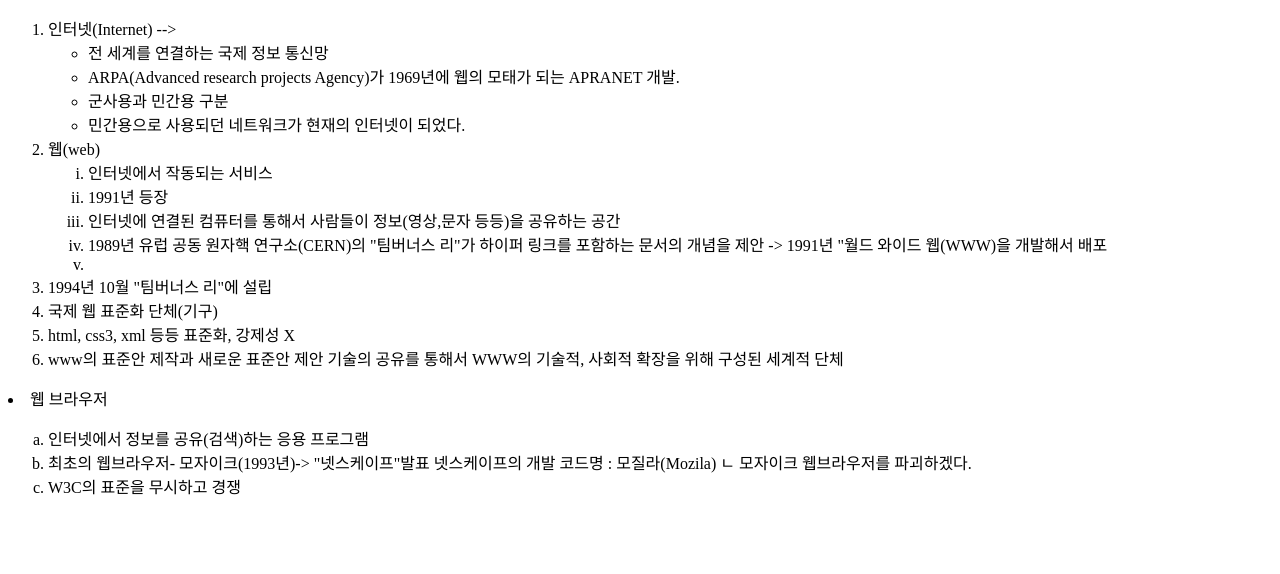
Repository: donggri1/WORKSPACE
Page: WebClass/webPro/src/main/webapp/html/days01/Ex01.html
An editor plug-in stored every save of this project. The page is shown before and after the next save, followed by the edit.
The browser window is 1280 px wide. The pictures show the whole page.

Above is the page before, as saved 2024-03-22 07:12:07.

After the next save:
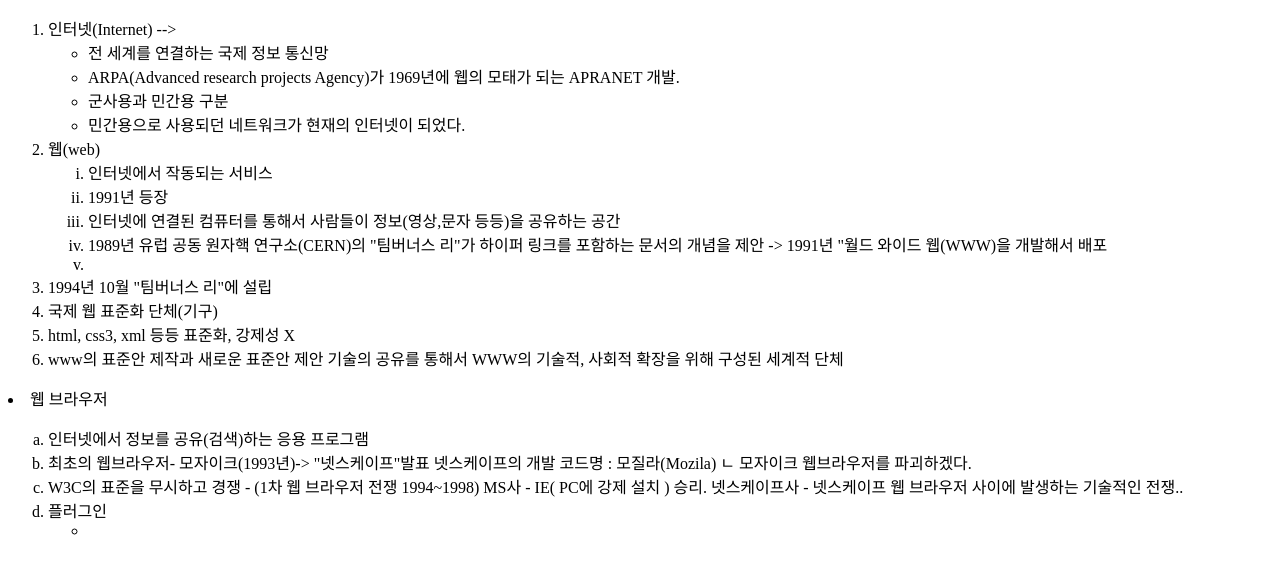
Saved 3 min 16 s later.
--- a/WebClass/webPro/src/main/webapp/html/days01/Ex01.html
+++ b/WebClass/webPro/src/main/webapp/html/days01/Ex01.html
@@ -43,7 +43,19 @@
  			넷스케이프의 개발 코드명 : 모질라(Mozila)
  								 ㄴ 모자이크 웹브라우저를 파괴하겠다.
  		</li>
- 		<li>W3C의 표준을 무시하고 경쟁 </li>
+ 		<li>W3C의 표준을 무시하고 경쟁 - (1차 웹 브라우저 전쟁 1994~1998)
+ 			MS사 - IE(   PC에 강제 설치   ) 승리.
+ 			넷스케이프사 - 넷스케이프
+
+ 			웹 브라우저 사이에 발생하는 기술적인 전쟁..
+ 		</li>
+ 		<li> 플러그인
+ 			<ul>
+ 				<li></li>
+
+ 			</ul>
+
+ 		</li>
  		</ol>
 
  	</li>
